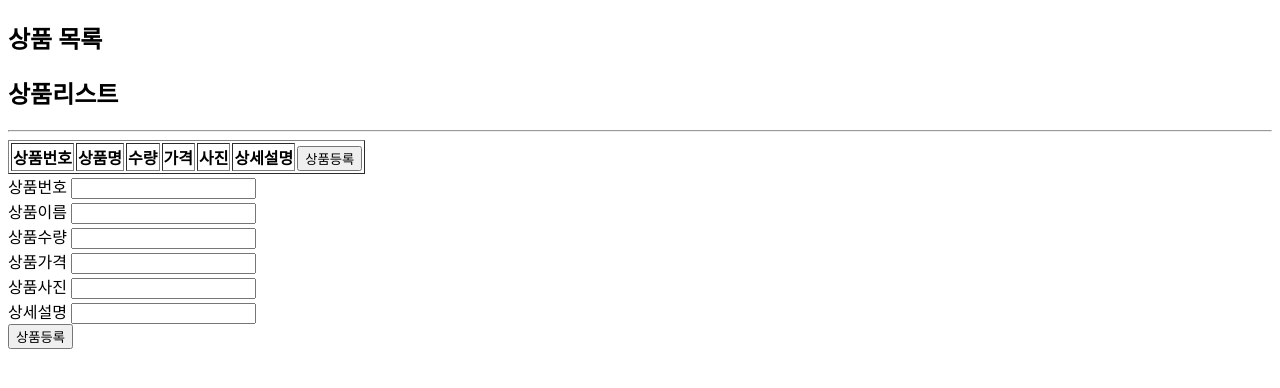
Repository: 0hmuse/day0330-2
Page: bitshop/src/main/resources/static/goods/goodslist2.html
An editor plug-in stored every save of this project. The page is shown before and after the next save, followed by the edit.
The browser window is 1280 px wide. The pictures show the whole page.
The page's requests for data from a server got no answer.

Above is the page before, as saved 2020-03-27 08:05:42.

After the next save:
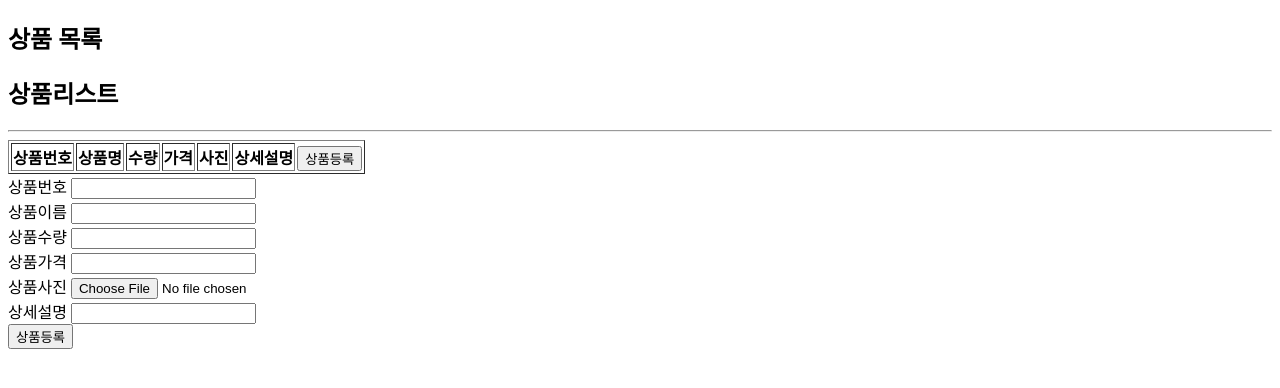
Saved 20 s later.
--- a/bitshop/src/main/resources/static/goods/goodslist2.html
+++ b/bitshop/src/main/resources/static/goods/goodslist2.html
@@ -63,7 +63,7 @@ $(function(){
 	상품이름 <input type="text" id="item" name="item"><br>
 	상품수량 <input type="text" id="qty" name="qty"><br>
 	상품가격 <input type="text" id="price" name="price"><br>
-	상품사진 <input type="text" id="fname" name="fname"><br>
+	상품사진 <input type="file" id="fname" name="fname"><br>
 	상세설명 <input type="text" id="detail" name="detail"><br>
 </form>
 	<button id="btnAdd">상품등록</button>
